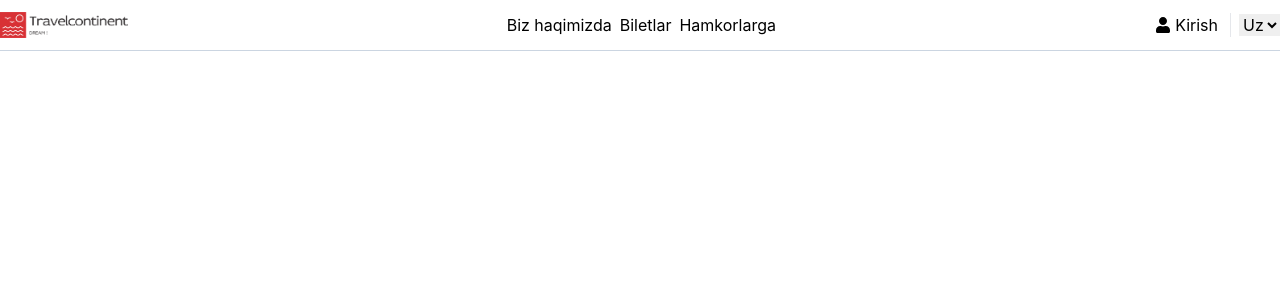
Repository: ziyodbek0300/avia-sales_
Page: /
These files come from the project's save history. The page is drawn as it stood at one moment and after the next save; the edit follows.
The browser window is 1280 px wide. The pictures show the whole page.
The project was rebuilt for these pictures with package versions that can differ from the ones it lists, and the page was loaded fresh each time.

Above is the page before, as saved 2022-06-02 00:00:02.

After the next save:
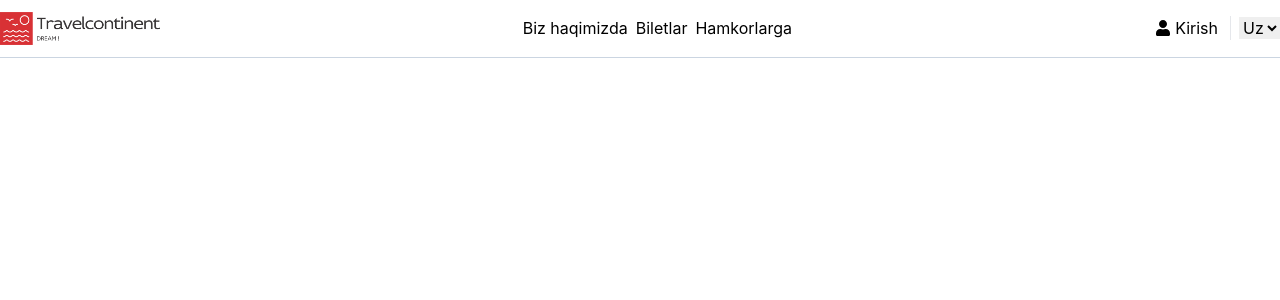
Saved 6 s later.
--- a/src/components/navbar/Navbar.jsx
+++ b/src/components/navbar/Navbar.jsx
@@ -7,7 +7,7 @@
         <div className='border-b border-b-slate-300 py-3'>
             <nav className=' flex justify-between items-center max-w-7xl mx-auto'>
                 <div className="logo">
-                    <img src={Logo} className="w-32" alt="logo" />
+                    <img src={Logo} className="w-40" alt="logo" />
                 </div>
                 <ul className='flex gap-2'>
                     <li>Biz haqimizda</li>
